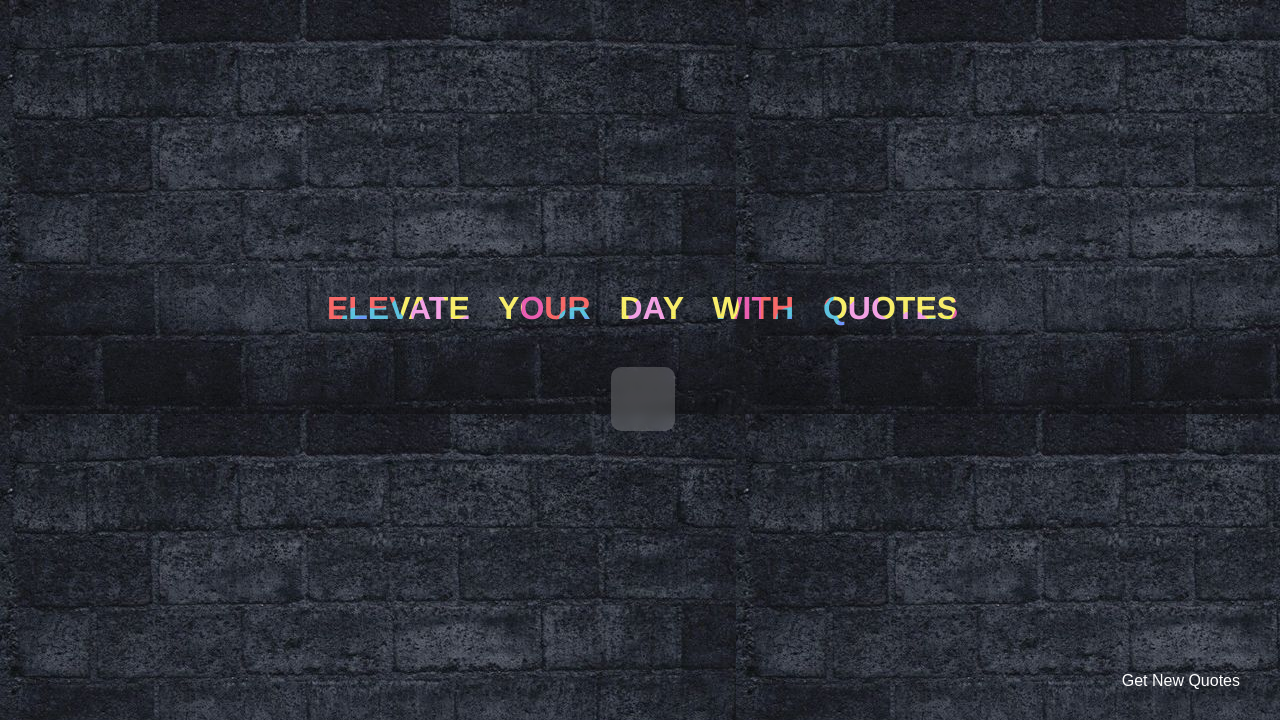
Repository: Bhavik-Sanghar/Quote-app
Page: /
These files come from the project's save history. The page is drawn as it stood at one moment and after the next save; the edit follows.
The browser window is 1280 px wide. The pictures show the whole page.
The page's requests for data from a server got no answer. The project was rebuilt for these pictures with package versions that can differ from the ones it lists, and the page was loaded fresh each time. No one was signed in, and anything a server would have sent is missing. Also part of the build but not shown: src/styles.css.

Above is the page before, as saved 2023-08-18 16:59:06.

After the next save:
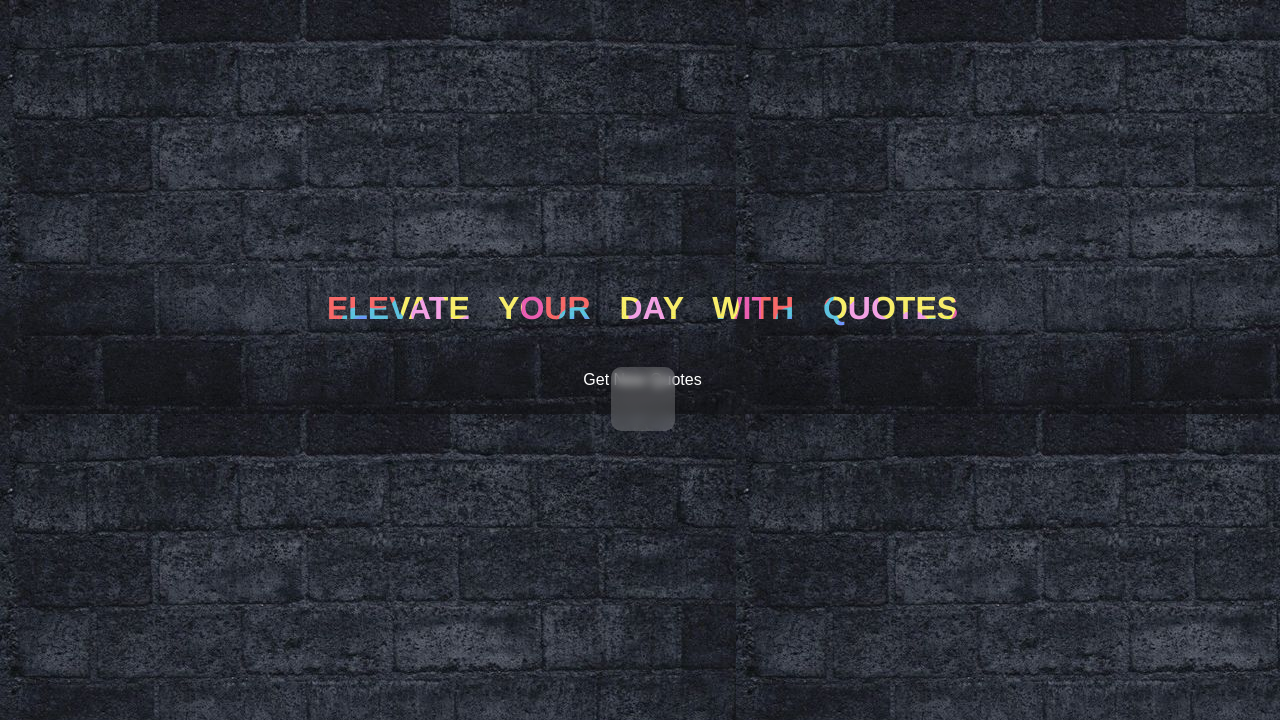
Saved 12 s later.
--- a/src/components/New.css
+++ b/src/components/New.css
@@ -52,8 +52,6 @@
 .fetch-button {
   position: absolute;
   margin-top: 40px;
-  bottom: 20px; /* Adjust to your preference */
-  right: 20px; /* Adjust to your preference */
   background-color: transparent;
   border: none;
   color: white;
